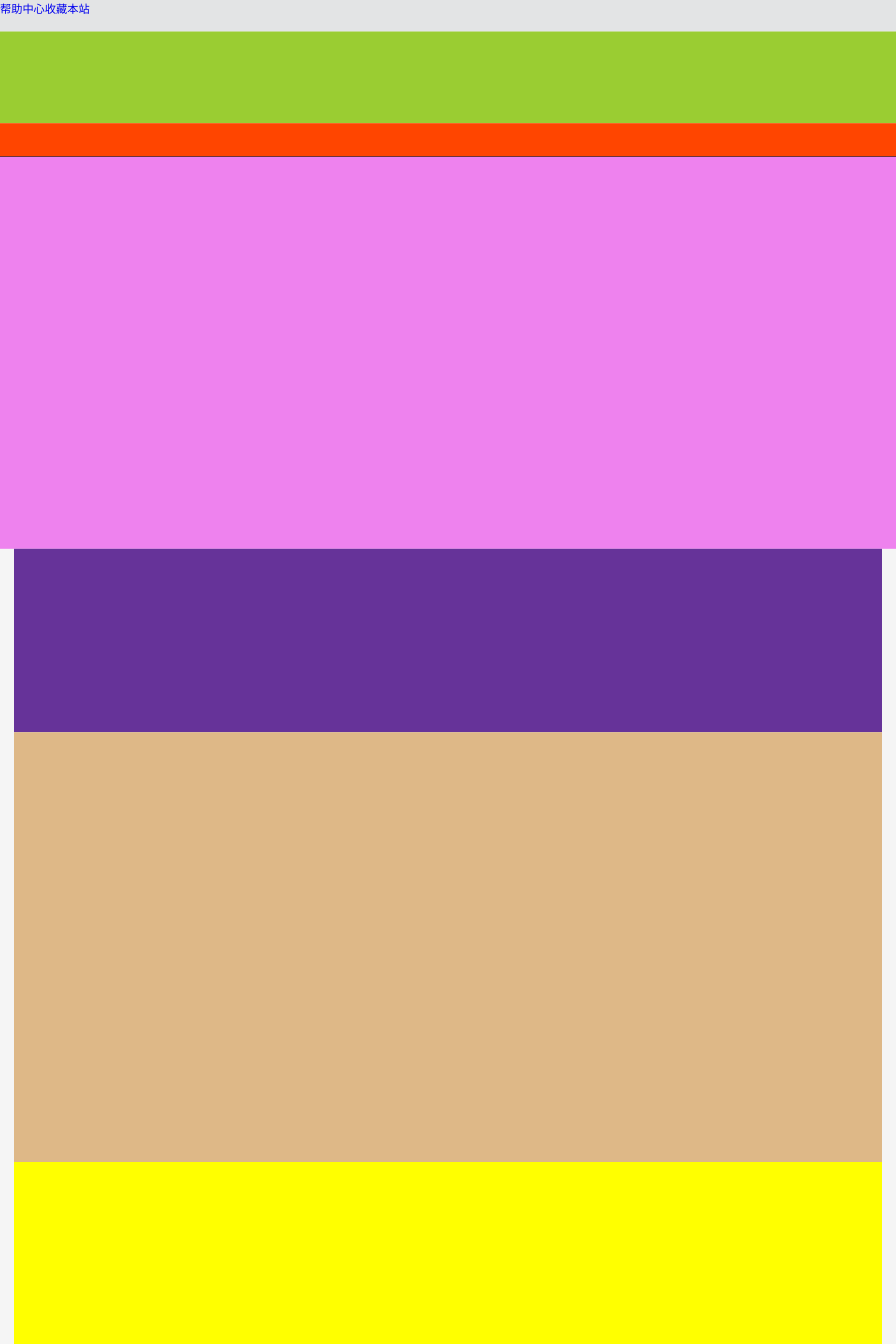
Repository: zhanguangJ/360Mark
Page: main.html
The author's editor kept a copy of each file at every save. The page is drawn from the files as they stood at one save, then again after the next save.
The browser window is 1280 px wide. The pictures show the part of the page from y = 0 to 1920 px (the page is 4307 px tall before and 4176 px after), at 70% of full size.

Above is the page before, as saved 2019-05-07 21:13:58.

### main.html
<!DOCTYPE html>
<html lang="en">
<head>
    <meta charset="UTF-8">
    <meta name="viewport" content="width=device-width, initial-scale=1.0">
    <meta http-equiv="X-UA-Compatible" content="ie=edge">
    <title>360会员商城</title>
    <link rel="stylesheet" href="src/css/base_px.css">
    <link rel="stylesheet" href="src/css/index.css">
</head>
<body>
    <!-- 头部 -->
    <div class="mod-header">
        <!-- 顶部 -->
        <div class="topbox con">
            <ul>
                <li class="topbox-item fl"><a href="javascript:;">帮助中心</a></li>
                 <li class="topbox-item fl"><a class="js-connect" href="javascript:;">收藏本站</a></li>
                <li></li>
            </ul>
        </div>
        <!-- logo加搜索区 -->
        <div class="top-container con"></div>
          <!-- 导航 -->
        <div class="top-nav con"></div>
    </div>

    <!-- 轮播图 -->
    <div class="mod-banner"></div>

    <!-- 主体     -->
    <div id="mod-main" class="con">
        <!-- 热门活动 -->
        <div class="mod-activity"></div>
        <!-- 限时购 -->
        <div class="mod-timeToBuy"></div>
        <!-- 热门商品 -->
        <div class="mod-hodGoods"></div>
    </div>

    <!-- 底部 -->
    <div id="mod-foot">
        <!-- 退货 -->
        <div class="foot-bannerw con"></div>
        <!-- 帮助中心 -->
        <div class="foot-containerw con"></div>
        <!-- 备案 -->
        <div class="footer-copyright">
            <p>360会员商城©2019 360公司版权所有 京ICP备08010314号-43 京公网安备11000002000006号</p>
        </div>
    </div>



</body>
</html>

### src/css/base_px.css
/*(1)清除默认样式*/
html, body, ul, li, ol, dl, dd, dt, p, h1, h2, h3, h4, h5, h6, form, fieldset, legend, img,input{
    margin:0;
    padding:0;
}

/*去掉input等聚焦时的蓝色边框*/
fieldset, img,input,button {
    border:0 none;
    padding:0;
    margin:0;
    outline-style:none;
}

ul,li,ol{
    list-style:none;
}
select, input {
    vertical-align:middle;
}

/*防止拖动*/
textarea {
    resize:none;
}

/*  去掉图片低测默认的3像素空白缝隙，或者用display：block也可以*/
/*  当a标签嵌套img,在IE6里会出现蓝色边框 方法：border:0 none;*/
img {
    border:0 none;
    vertical-align:middle;
}

table {
    border-collapse:collapse;
}

a {
    text-decoration:none;
}



/*2.添加公共样式*/
/*body {
    font:12px Arial,Verdana,"\5b8b\4f53";
    color:#666;
    background:#fff;
}*/

/*清除浮动（不管）*/
.clearfix:before,.clearfix:after {  /*清楚浮动*/
    content:"";
    display:table;
}
.clearfix:after{clear:both;}
.clearfix{
    *zoom:1;/*IE/7/6*/
}
/*设置h标签的大小，设置跟父亲一样大的字体font-size:100%;*/
h1,h2,h3,h4,h5,h6 {
    font-weight:normal;
    font-size:1em;
}
s,i,em{
    font-style:normal;
    text-decoration:none;
}


/*公共类*/
.con {  /*内容、版心 提取 */
    width: 1240px;
    margin:0 auto;
}
.fl {
    float:left;
}
.fr {
    float:right;
}
.ac {
    text-align:center;
}
.hide {
    display:none;
}
.f12{ font-size: 12px;}
.f14{ font-size: 14px;}
.f16{ font-size: 16px;}

### src/css/index.css
body{
    background-color: #f5f5f5;
    overflow: auto;
    min-width: 1240px;
}

/* 头部 */
/* 顶部 */
.topbox{
    width: 100%;
    height: 45px;
    background: #E3E4E5;
}




/* logo 加搜索区 */
.top-container{
    width: 100%;
    height: 131px;
    background: yellowgreen;
}


/* 导航 */
.top-nav{
    width: 100%;
    height:47px ;
    background: orangered;
    border-bottom: 1px solid #000;
}


/* 轮播图 */
.mod-banner{
    height:560px;
    width: 100%;
    background: violet;
}

/* 主体 */
/* 热门活动 */
.mod-activity{
    height: 262px;
    background: rebeccapurple;
}
/* 限时购 */
.mod-timeToBuy{
    height: 614px;
    background: burlywood;
}
/* 热门商品 */
.mod-hodGoods{
    height: 2117px;
    background: yellow;
}


/* 底部 */
#mod-foot{
    width: 100%;
    background: #FFFFFF;
}

/* 退货 */
.foot-bannerw{
    height: 116px;
    background: chartreuse;
    border-top: #E8E8E8 solid 1px;
}

/* 帮助中心 */
.foot-containerw{
    height: 310px;
    border-top: 1px solid #E8E8E8;
    border-bottom: 1px solid #E8E8E8;
    background: rebeccapurple;
}

/* 备案 */
.footer-copyright{
    height: 101px;
    font-size: 12px;
    text-align: center;
    line-height: 101px;
    color: #848484;
}

After the next save:
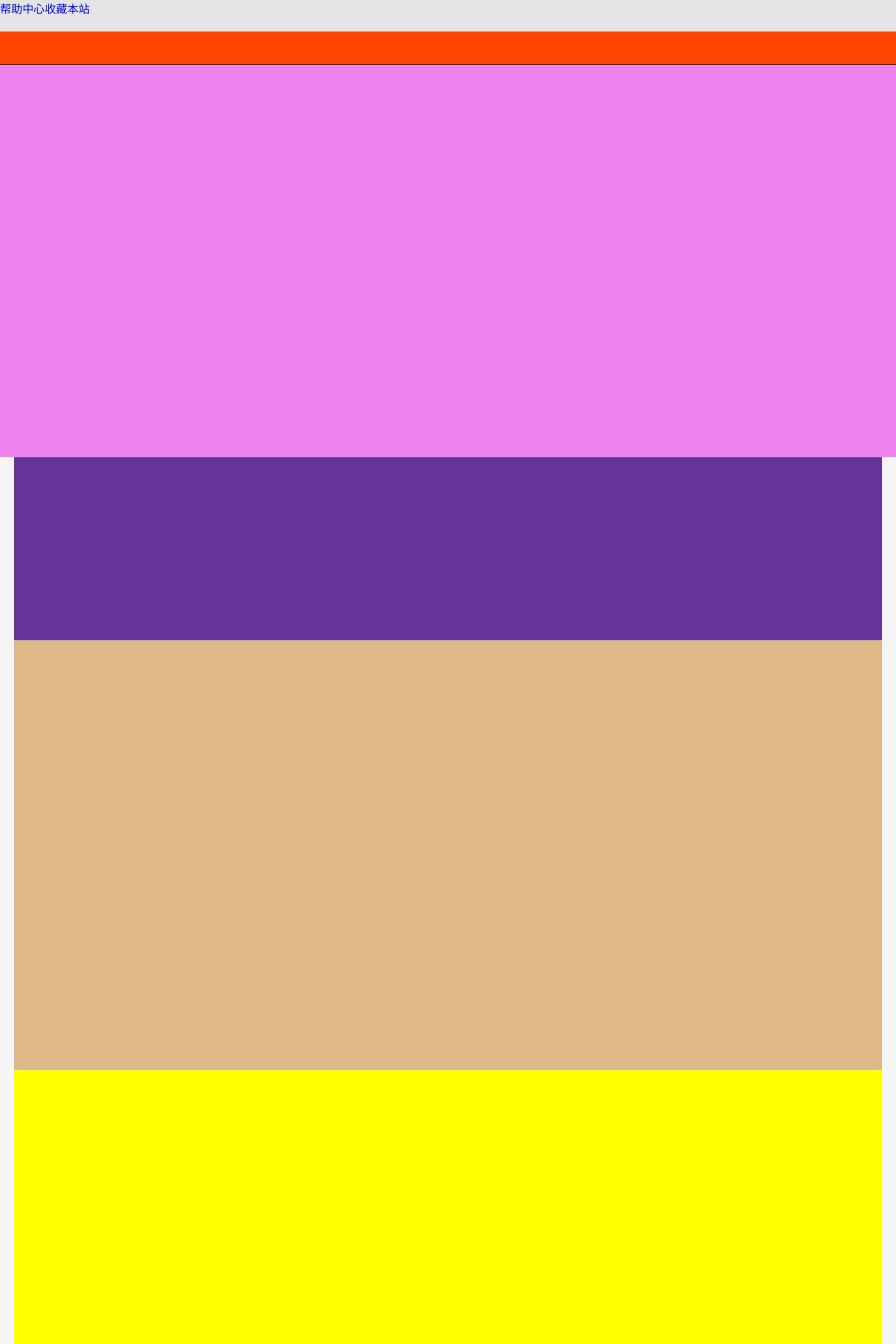
Saved 99 s later.
--- a/main.html
+++ b/main.html
@@ -16,7 +16,7 @@
             <ul>
                 <li class="topbox-item fl"><a href="javascript:;">帮助中心</a></li>
                  <li class="topbox-item fl"><a class="js-connect" href="javascript:;">收藏本站</a></li>
-                <li></li>
+                <li class="topbox-item fl></li>
             </ul>
         </div>
         <!-- logo加搜索区 -->

After the 3 saves that followed:
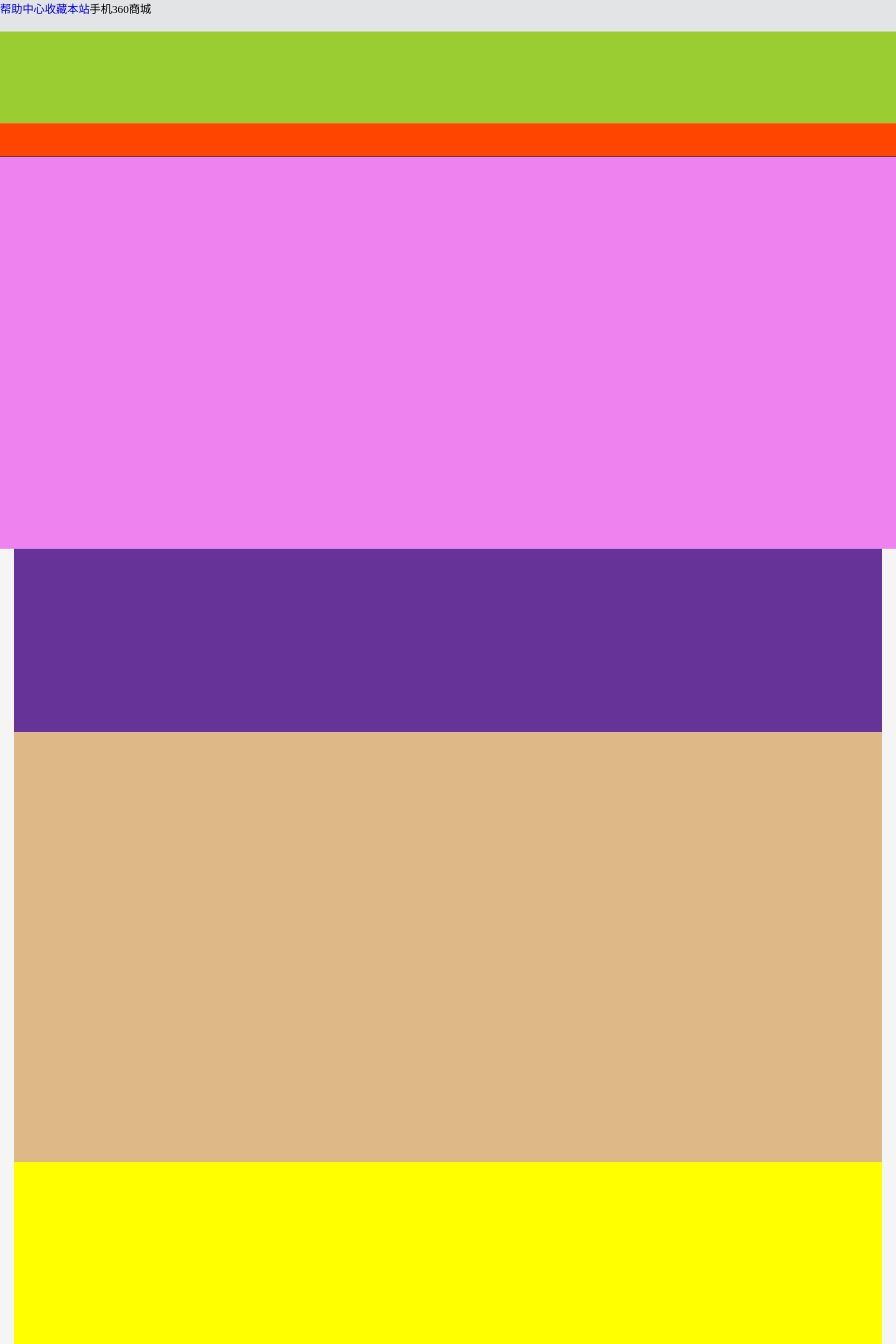
The 3 saves are shown as one change because 1 left the picture as it was and some came seconds apart.
The last was saved 26 s later.
--- a/main.html
+++ b/main.html
@@ -16,7 +16,7 @@
             <ul>
                 <li class="topbox-item fl"><a href="javascript:;">帮助中心</a></li>
                  <li class="topbox-item fl"><a class="js-connect" href="javascript:;">收藏本站</a></li>
-                <li class="topbox-item fl></li>
+                <li class="topbox-item fl">手机360商城</li>
             </ul>
         </div>
         <!-- logo加搜索区 -->
